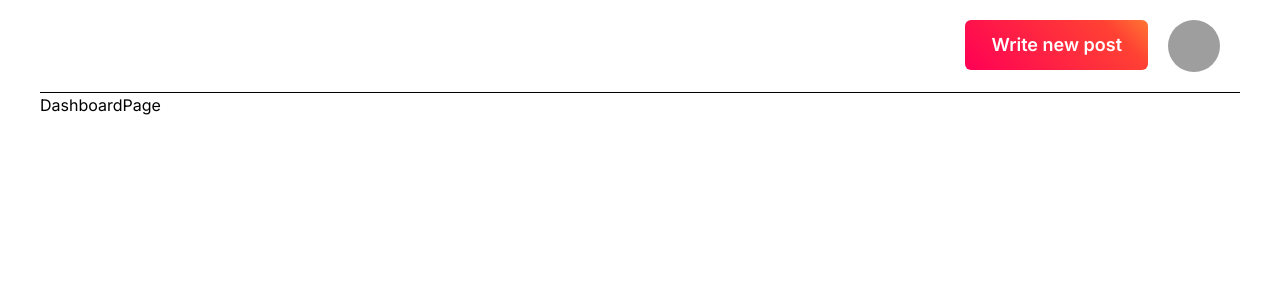
Repository: BrianPhamDev/Blog-App
Page: /dashboard
The author's editor kept a copy of each file at every save. The page is drawn from the files as they stood at one save, then again after the next save.
The browser window is 1280 px wide. The pictures show the whole page.
Pictures or frames that could not be fetched are drawn as grey boxes. The project was rebuilt for these pictures with package versions that can differ from the ones it lists, and the page was loaded fresh each time. Also part of the build but not shown: src/pages/signUpPage/signUpPage.scss, src/components/label/label.scss, src/components/label/Label.js, src/components/input/input.scss, src/components/input/Input.js, src/components/input/InputPasswordToggle.js, src/components/input/index.js, src/pages/authenticationPage/authenticationPage.scss and 23 more. Imported but missing from the stored project, and not drawn on this page: src/components/icons.

Above is the page before, as saved 2023-08-02 17:08:17.

### public/index.html
<!DOCTYPE html>
<html lang="en">
  <head>
    <meta charset="utf-8" />

    <meta name="viewport" content="width=device-width, initial-scale=1" />

    <title>React App</title>
  </head>
  <body>
    <div id="root"></div>
  </body>
</html>

### src/index.js
import React from "react";
import "./styles/index.scss";
import App from "./App";
import reportWebVitals from "./reportWebVitals";
import { BrowserRouter } from "react-router-dom";
import { createRoot } from "react-dom/client";
import { ToastContainer } from "react-toastify";
import "react-toastify/dist/ReactToastify.css";

const container = document.getElementById("root");
const root = createRoot(container);

root.render(
  <React.StrictMode>
    <BrowserRouter>
      <App />
      <ToastContainer></ToastContainer>
    </BrowserRouter>
  </React.StrictMode>
);

reportWebVitals();

### src/styles/index.scss
@tailwind base;
@tailwind components;
@tailwind utilities;

@import "reset";
@import url("https://fonts.googleapis.com/css2?family=Inter:wght@100;200;300;400;500;600;700;800;900&display=swap");

@layer base {
  :root {
    --primary: #ff0055;
    --primary-active: #e5004c;
    --primary-grad2: #ff4133;
    --grad2-active: #e53a2e;
    --primary-grad3: #ff7633;
    --grad3-active: #e56a2e;
    --primary-d: #ff1a66;
    --primary-grad2-d: #ff5448;
    --primary-grad3-d: #ff8448;
    --danger: #f00;
    --danger-active: #e50000;
    --border-inactive: #ccc;
    --background-active: #000000;
    --background-inactive: #e7ecf3d6;
    --inactive: rgb(54, 54, 54);
    --text-meta: #91a8b0;
    --gray-300: rgb(237, 243, 245);
  }

  html {
    font-family: "Inter", system-ui, sans-serif;
  }
}

@layer utilities {
  .container {
    width: 100%;
    max-width: 1600px;
    margin: 0 auto;
    padding: 0 40px;
  }

  .background-gradient {
    background-image: linear-gradient(
      45deg,
      var(--primary) 0%,
      var(--primary-grad2) 80%,
      var(--primary-grad3) 100%
    );
  }

  .text-gradient {
    background-image: linear-gradient(
      45deg,
      var(--primary) 0%,
      var(--primary-grad2) 80%,
      var(--primary-grad3) 100%
    );
    background-clip: text;
    color: transparent;
  }

  .heading-1 {
    color: #000000;
    font-size: 38px;
    font-weight: 900;
    line-height: 47px;
  }

  .heading-2 {
    font-size: 30px;
    font-weight: 800;
    line-height: 38px;
  }

  .heading-3 {
    font-weight: 600;
    line-height: 28.8px;
    font-size: 16px;
  }

  .heading-4 {
    font-style: 14px;
    line-height: 20px;
    font-weight: 500;
  }

  .bodycopy {
    font-size: 16px;
    line-height: 27.2px;
    font-weight: 400;
  }

  .meta {
    font-style: 12px;
    font-weight: 400;
    line-height: 17px;
  }

  .button-text {
    @apply underline;
    font-size: 14px;
    color: var(--inactive);
    font-weight: 400;
  }

  .input-icon {
    position: absolute;
    right: 20px;
    top: 50%;
    transform: translateY(-50%);
    cursor: pointer;
  }

  .smooth-transition {
    @apply transition-all ease-in-out duration-200;
  }
}

### src/App.js
import { Routes, Route } from "react-router-dom";
import { AuthProvider } from "./contexts/auth-context";
import SignUpPage from "./pages/signUpPage/SignUpPage";
import SignInPage from "./pages/signInPage/SignInPage";
import HomePage from "./pages/homePage/HomePage";
import NotFoundPage from "./pages/notFoundPage/NotFoundPage";
import PostDetailsPage from "./module/Post/PostDetails/PostDetailsPage";
import DashboardPage from "./pages/dashboardPage.js/DashboardPage";
import DashboardLayout from "./module/dashboard/DashboardLayout";

function App() {
  return (
    <div>
      <AuthProvider>
        <Routes>
          <Route path="/" element={<HomePage />}></Route>
          <Route path="/sign-up" element={<SignUpPage />}></Route>
          <Route path="/sign-in" element={<SignInPage />}></Route>

          <Route path="*" element={<NotFoundPage />}></Route>
          <Route path="/:slug" element={<PostDetailsPage />}></Route>
          <Route element={<DashboardLayout />}>
            <Route path="/dashboard" element={<DashboardPage />}></Route>
          </Route>
        </Routes>
      </AuthProvider>
    </div>
  );
}

export default App;

### src/styles/_reset.scss
*,
*::before,
*::after {
  box-sizing: border-box;
}
* {
  margin: 0;
  padding: 0;
}

html,
body {
  height: 100%;
}
body {
  line-height: 1.5;
  -webkit-font-smoothing: antialiased;
  -webkit-tap-highlight-color: rgba(0, 0, 0, 0);
}

img,
picture,
video,
canvas,
svg {
  display: block;
  max-width: 100%;
}
input,
button,
textarea,
select {
  font: inherit;
  outline: none;
  border: none;
}
p,
h1,
h2,
h3,
h4,
h5,
h6 {
  overflow-wrap: break-word;
}

### src/contexts/auth-context.js
import { onAuthStateChanged } from "firebase/auth";
import { useEffect, useState } from "react";
import { auth } from "../firebase/firebase-config";

const { createContext, useContext } = require("react");

const AuthContext = createContext();

function AuthProvider(props) {
  const [userInfo, setUserInfo] = useState("");
  const value = { userInfo, setUserInfo };
  useEffect(() => {
    onAuthStateChanged(auth, (user) => {
      setUserInfo(user);
    });
  }, []);
  return <AuthContext.Provider value={value} {...props}></AuthContext.Provider>;
}

function useAuth() {
  const context = useContext(AuthContext);
  if (typeof context === "undefined")
    throw new Error("useAuth must be used within AuthProvider");
  return context;
}

export { AuthProvider, useAuth };

### src/module/dashboard/DashboardLayout.js
import React from "react";
import DashboardHeader from "./DashboardHeader";
import Sidebar from "./Sidebar";
import { Outlet } from "react-router-dom";
const DashboardLayout = ({ children }) => {
  return (
    <div className="container">
      <DashboardHeader></DashboardHeader>
      <div className="dashboard-main">
        <Sidebar>Sidebar</Sidebar>
        <div className="dashboard-children">
          <Outlet></Outlet>
        </div>
      </div>
    </div>
  );
};

export default DashboardLayout;

### src/firebase/firebase-config.js
// Import the functions you need from the SDKs you need
import { initializeApp } from "firebase/app";
import { getFirestore } from "firebase/firestore";
import { getAuth } from "firebase/auth";
// TODO: Add SDKs for Firebase products that you want to use
// https://firebase.google.com/docs/web/setup#available-libraries

// Your web app's Firebase configuration
const firebaseConfig = {
  apiKey: "AIzaSyBvYgsZz9zgVLPl1CRt32h11zSY1hwyQnQ",
  authDomain: "blogging-dc5e9.firebaseapp.com",
  projectId: "blogging-dc5e9",
  storageBucket: "blogging-dc5e9.appspot.com",
  messagingSenderId: "470546749308",
  appId: "1:470546749308:web:b657e2250e78464d5c36f9",
};

// Initialize Firebase
const app = initializeApp(firebaseConfig);

// Initialize Cloud Firestore and get a reference to the service
export const db = getFirestore(app);

// Initialize Firebase Authentication and get a reference to the service
export const auth = getAuth(app);

### src/module/dashboard/DashboardHeader.js
import { Button } from "../../components/button";
import React from "react";

const DashboardHeader = () => {
  return (
    <div className="dashboard-header-wrapper bg-white p-5 border-b border-b-black flex gap-5 justify-end">
      <Button to="/dashboard" className="dashboard-header-button">
        Write new post
      </Button>
      <div className="dashboard-header-avatar h-[52px] w-[52px]">
        <img
          src="https://images.unsplash.com/photo-1568602471122-7832951cc4c5?ixlib=rb-1.2.1&ixid=MnwxMjA3fDB8MHxwaG90by1wYWdlfHx8fGVufDB8fHx8&auto=format&fit=crop&w=3270&q=80"
          alt="guys-smilling"
          className="w-full h-full object-cover rounded-full"
        />
      </div>
    </div>
  );
};

export default DashboardHeader;

### src/module/dashboard/Sidebar.js
import React from "react";

const Sidebar = ({ children }) => {
  return <div></div>;
};

export default Sidebar;

### src/components/button/Button.js
import React from "react";
import "./button.scss";
import Spinner from "../spinner/Spinner";
import PropTypes from "prop-types";
import { NavLink } from "react-router-dom";

/**
 * @param {*} onClick Handler onClick
 *@requires
 * @param {string} type Type of button 'button' | 'submit'
 * @returns
 */

const Button = ({
  type = "button",
  onClick = () => {},
  className,
  children,
  isLoading,
  to,
  ...props
}) => {
  const child = !!isLoading ? <Spinner></Spinner> : children;
  if (to !== "" && typeof to === "string")
    return (
      <NavLink to={to} {...props}>
        <button className="w-fit px-[26px] whitespace-nowrap text-white rounded-md font-semibold cursor-pointer text-lg h-[50px] flex items-center justify-center background-gradient">
          {children}
        </button>
      </NavLink>
    );

  return (
    <button type={type} className={`button ${className}`} {...props}>
      {child}
    </button>
  );
};

Button.propTypes = {
  type: PropTypes.oneOf(["button", "submit"]).isRequired,
  isLoading: PropTypes.bool,
  onClick: PropTypes.func,
};

export default Button;

### tailwind.config.js
/** @type {import('tailwindcss').Config} */
module.exports = {
  content: ["./src/**/*.{js,jsx,ts,tsx}"],
  theme: {
    extend: {
      colors: {
        borderInactive: "var(--border-inactive)",
        inactive: "var(--inactive)",
        backgroundInactive: "var(--background-inactive)",
      },
      fontFamily: {},
    },
  },
  plugins: [],
};

Loaded but not shown: src/reportWebVitals.js (common file); src/pages/dashboardPage.js/DashboardPage.js (common file); src/components/button/index.js (common file); src/pages/signInPage/signInPage.scss (no stored copy; drawn as an empty file)

After the next save:
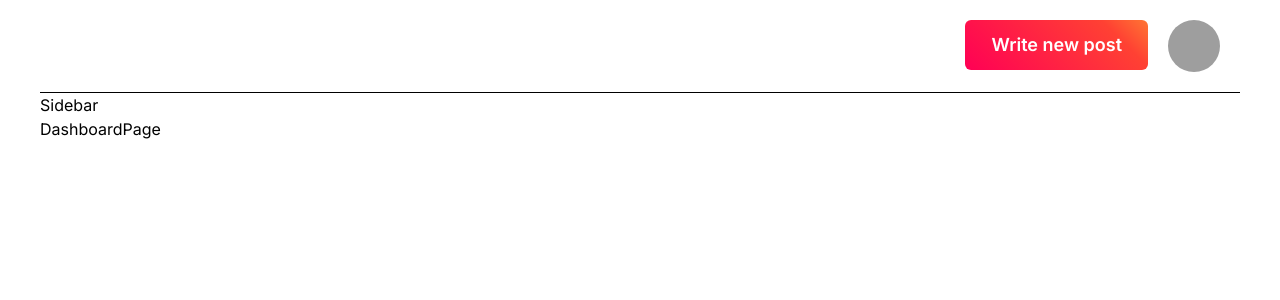
Saved 10 s later.
--- a/src/module/dashboard/Sidebar.js
+++ b/src/module/dashboard/Sidebar.js
@@ -1,7 +1,7 @@
 import React from "react";
 
 const Sidebar = ({ children }) => {
-  return <div></div>;
+  return <div>{children}</div>;
 };
 
 export default Sidebar;

After the 3 saves that followed:
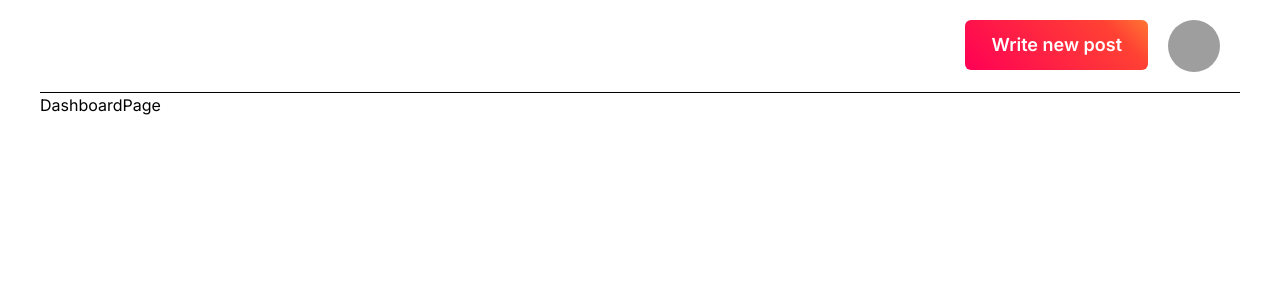
The 3 saves are shown as one change because 2 left the picture as it was.
The last was saved 117 s later.
--- a/src/module/dashboard/Sidebar.js
+++ b/src/module/dashboard/Sidebar.js
@@ -1,7 +1,116 @@
 import React from "react";
+import { NavLink } from "react-router-dom";
+
+const sidebarLinks = [
+  {
+    title: "Dashboard",
+    url: "/dashboard",
+    icon: (
+      <svg
+        xmlns="http://www.w3.org/2000/svg"
+        class="h-6 w-6"
+        fill="none"
+        viewBox="0 0 24 24"
+        stroke="currentColor"
+        strokeWidth="2"
+      >
+        <path
+          strokeLinecap="round"
+          strokeLinejoin="round"
+          d="M20 7l-8-4-8 4m16 0l-8 4m8-4v10l-8 4m0-10L4 7m8 4v10M4 7v10l8 4"
+        />
+      </svg>
+    ),
+  },
+  {
+    title: "Post",
+    url: "/manage/post",
+    icon: (
+      <svg
+        xmlns="http://www.w3.org/2000/svg"
+        class="h-6 w-6"
+        fill="none"
+        viewBox="0 0 24 24"
+        stroke="currentColor"
+        strokeWidth="2"
+      >
+        <path
+          strokeLinecap="round"
+          strokeLinejoin="round"
+          d="M12 6.253v13m0-13C10.832 5.477 9.246 5 7.5 5S4.168 5.477 3 6.253v13C4.168 18.477 5.754 18 7.5 18s3.332.477 4.5 1.253m0-13C13.168 5.477 14.754 5 16.5 5c1.747 0 3.332.477 4.5 1.253v13C19.832 18.477 18.247 18 16.5 18c-1.746 0-3.332.477-4.5 1.253"
+        />
+      </svg>
+    ),
+  },
+  {
+    title: "Category",
+    url: "/manage/category",
+    icon: (
+      <svg
+        xmlns="http://www.w3.org/2000/svg"
+        class="h-6 w-6"
+        fill="none"
+        viewBox="0 0 24 24"
+        stroke="currentColor"
+        strokeWidth="2"
+      >
+        <path
+          strokeLinecap="round"
+          strokeLinejoin="round"
+          d="M5 8h14M5 8a2 2 0 110-4h14a2 2 0 110 4M5 8v10a2 2 0 002 2h10a2 2 0 002-2V8m-9 4h4"
+        />
+      </svg>
+    ),
+  },
+  {
+    title: "User",
+    url: "/manage/user",
+    icon: (
+      <svg
+        xmlns="http://www.w3.org/2000/svg"
+        class="h-6 w-6"
+        fill="none"
+        viewBox="0 0 24 24"
+        stroke="currentColor"
+        strokeWidth="2"
+      >
+        <path
+          strokeLinecap="round"
+          strokeLinejoin="round"
+          d="M12 4.354a4 4 0 110 5.292M15 21H3v-1a6 6 0 0112 0v1zm0 0h6v-1a6 6 0 00-9-5.197M13 7a4 4 0 11-8 0 4 4 0 018 0z"
+        />
+      </svg>
+    ),
+  },
+  {
+    title: "Logout",
+    url: "/",
+    icon: (
+      <svg
+        xmlns="http://www.w3.org/2000/svg"
+        class="h-6 w-6"
+        fill="none"
+        viewBox="0 0 24 24"
+        stroke="currentColor"
+        strokeWidth="2"
+      >
+        <path
+          strokeLinecap="round"
+          strokeLinejoin="round"
+          d="M17 16l4-4m0 0l-4-4m4 4H7m6 4v1a3 3 0 01-3 3H6a3 3 0 01-3-3V7a3 3 0 013-3h4a3 3 0 013 3v1"
+        />
+      </svg>
+    ),
+    onClick: () => {},
+  },
+];
 
 const Sidebar = ({ children }) => {
-  return <div>{children}</div>;
+  return (
+    <div className="">
+      <div className="sidebar-logo"></div>
+    </div>
+  );
 };
 
 export default Sidebar;
